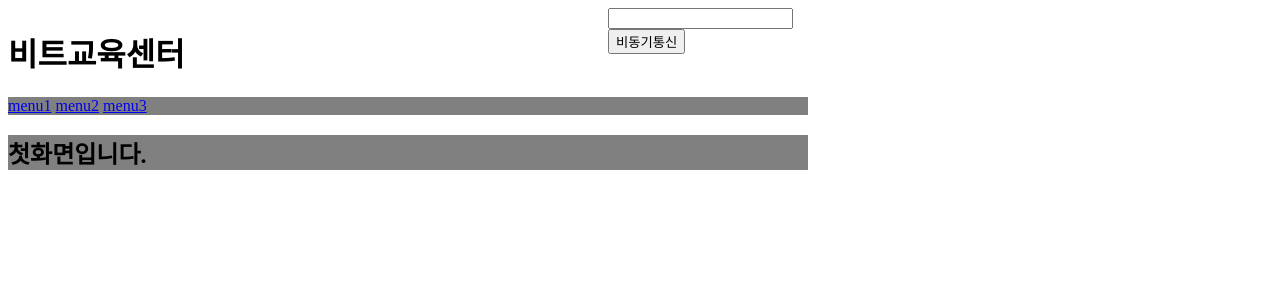
Repository: 2ket/workspace2
Page: web13/WebContent/index.html
An editor plug-in stored every save of this project. The page is shown before and after the next save, followed by the edit.
The browser window is 1280 px wide. The pictures show the whole page.

Above is the page before, as saved 2019-06-07 09:59:09.
Console error: TypeError: Cannot read properties of undefined (reading 'document')

### web13/WebContent/index.html
<!DOCTYPE html>
<html>
<head>
<meta http-equiv="Content-Type" content="text/html; charset=UTF-8">
<title>Insert title here</title>
<style type="text/css">
	body>div{
		width:800px;
		background-color: gray;
	}
	#header>h1{
		float:left;
	}
	#header>div{
		width:200px;
		float:right;
	}
	#menu{
		clear:both;
	}
</style>
<script type="text/javascript">
	var form, xhr;
	window.onload=function(){
//		btn=document.querySelector("#header>div>button");
//		btn.onclick=function(){
//			alert('click');
//			tf=document.querySelector('#header>div>input');
//			var id=tf.value;
//			xhr=new XMLHttpRequest();
//			xhr.onreadystatechange=function(){
//				var msg=xhr.responseText;
//				var target=document.querySelector("#header>div");
//				target.innerHTML=msg;
//			};
//			xhr.open('get', 'hello.jsp?id='+id);
//			xhr.send();
//		};
		form.document.querySelector('#header>div>form');
		form.onsubmit=function(){
			//alert('폼태그 동작 금지');
			var id=form.querySelector('#id').value;
			var pw=form.querySelector('#pw').value;
			xhr=new XMLHttpRequest();
			xhr.onreadystatechange=function(){
				console.log(xhr.Status);
				/*
				xhr.status
				=200 정상
				=404 페이지 없음
				=40x 요청문제
				=50x 해당페이지에 문제

				xhr.readyState
				=0 none
				=1 open()
				=2 header
				=3 content
				=4 complete
				*/
				if(xhr.readyState==4 && xhr.status==200){
					var msg=xhr.responseText;
					form.outerHTML=msg;
				}else if(xhr.readyState==4){
					alert('잠시 뒤에 다시 접속해주세요.');
				}
		};
		xhr.open('get', this.action+'?id='+id+'&pw='+pw,true);
		xhr.send();
		return false;
	};

	};
</script>
</head>
<body>
	<div id="header">
		<h1>비트교육센터</h1>
		<div>
			<input type="text"/>
			<button>비동기통신</button>
		</div>
	</div>
	<div id="menu">
		<a href="#">menu1</a>
		<a href="#">menu2</a>
		<a href="#">menu3</a>
	</div>
	<div id="content">
		<h2>첫화면입니다.</h2>
	</div>

</body>
</html>

After the next save:
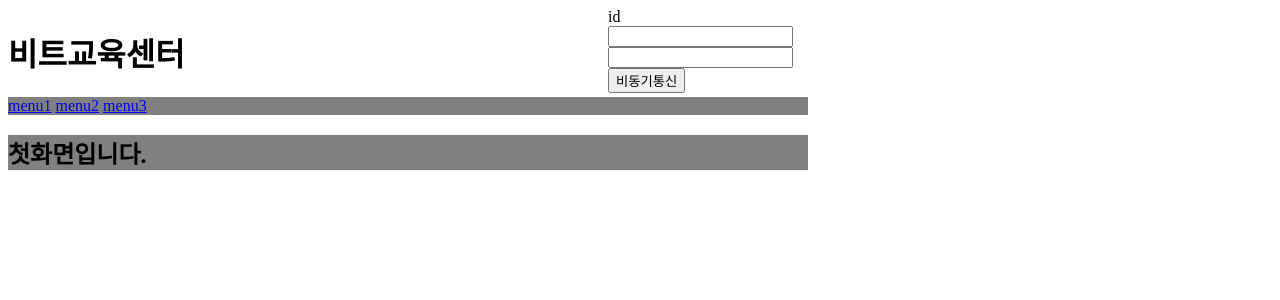
Saved 6 min 4 s later.
--- a/web13/WebContent/index.html
+++ b/web13/WebContent/index.html
@@ -77,6 +77,13 @@
 	<div id="header">
 		<h1>비트교육센터</h1>
 		<div>
+			<form action="result.jsp">
+				<div>
+					<label for="id">id</label>
+					<input type="text" name="pw" id="pw"/>
+				</div>
+			</form>
+
 			<input type="text"/>
 			<button>비동기통신</button>
 		</div>
